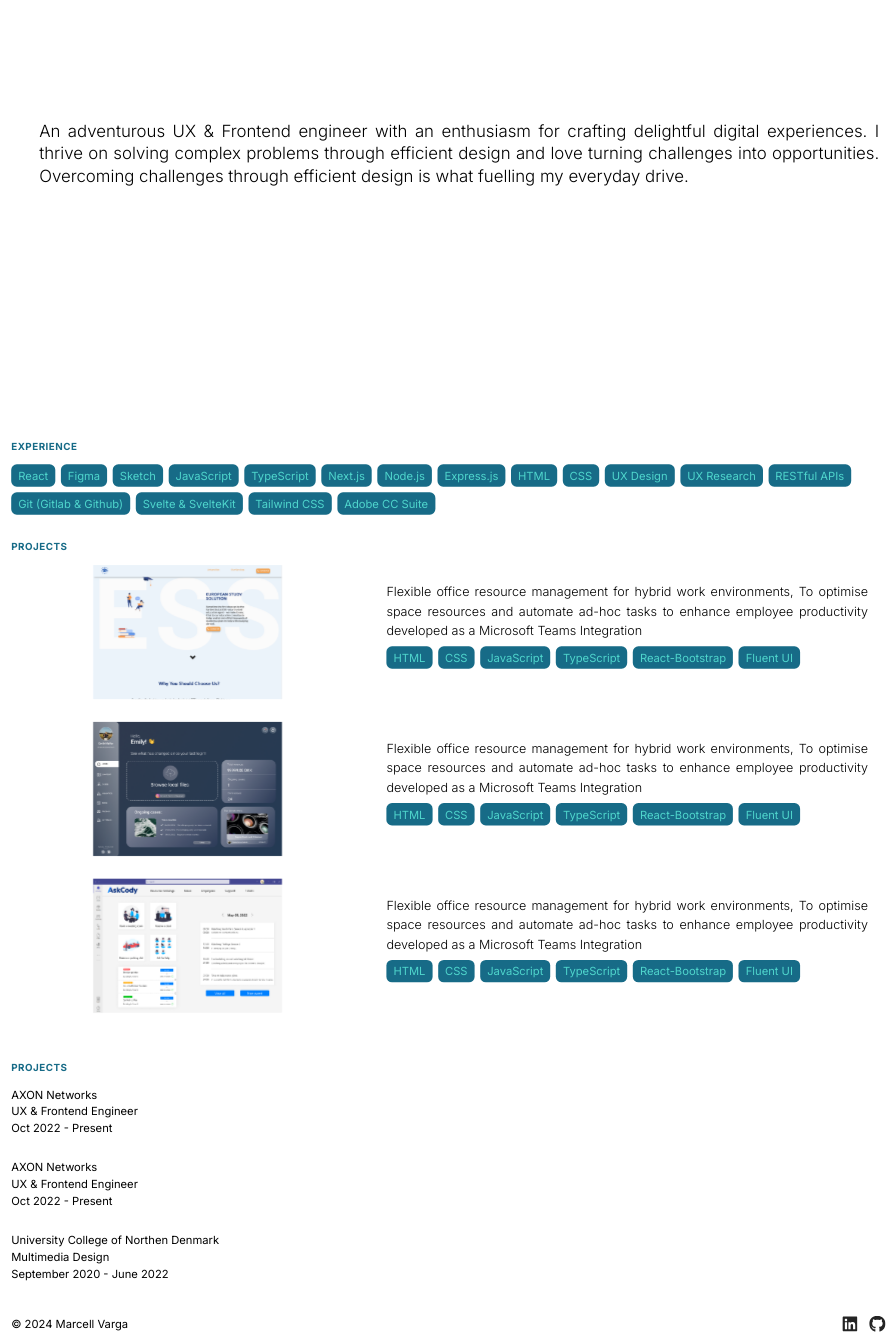
Repository: TheMarcellVarga/personal-portfolio-v.2
Page: /
An editor plug-in stored every save of this project. The page is shown before and after the next save, followed by the edit.
The browser window is 1280 px wide. The pictures show the part of the page from y = 945 to 2865 px (the page is 2865 px tall), at 70% of full size.
The project was rebuilt for these pictures with package versions that can differ from the ones it lists, and the page was loaded fresh each time. The framework's server and built-in components were replaced by stand-ins that run in the browser. Also part of the build but not shown: next.config.mjs.

Above is the page before, as saved 2024-04-25 23:26:12.

### app/layout.tsx
import type { Metadata } from "next";
import { Inter } from "next/font/google";
import "./globals.css";

const inter = Inter({ subsets: ["latin"] });

export const metadata: Metadata = {
  title: {
    template: "%s | Marcell Varga",
    default: "Marcell Varga",
  },
  description: "Marcell Varga Portfolio | UX & Frontend Engineer",
};
export default function RootLayout({
  children,
}: Readonly<{
  children: React.ReactNode;
}>) {
  return (
    <html lang="en">
      <body className={inter.className}>{children}</body>
    </html>
  );
}

### app/page.tsx
"use client";

import { useState } from "react";
import Link from "next/link";
import Image from "next/image";
import IndexSigAnimated from "../public/icons/indexSigAnimated";

// Header component
const Header = () => {
  const [isOpen, setIsOpen] = useState(false);

  return (
    <header className="flex justify-between items-center w-full">
      <div className="flex items-center">
        {/* Icon */}
        <Link href="/">
          <IndexSigAnimated />
        </Link>
      </div>
      <nav className="flex items-center">
        {/* Hamburger Menu */}
        <div
          className={`md:hidden z-2 ${isOpen ? "open" : ""}`}
          onClick={() => setIsOpen(!isOpen)}
        >
          <div className="w-6 h-0.5 bg-gray-800 mb-1"></div>
          <div className="w-6 h-0.5 bg-gray-800 mb-1"></div>
          <div className="w-6 h-0.5 bg-gray-800"></div>
        </div>
        {/* Navigation Links */}
        <div className={`nav-overlay ${isOpen ? "open" : ""}`}>
          <div className={`${isOpen ? "block" : "hidden"} md:flex space-x-4`}>
            <Link href="/about">
              <div
                className="text-sm font-medium"
                style={{ color: isOpen ? "#eeeeee" : "inherit" }}
              >
                About
              </div>
            </Link>
            <Link href="/work">
              <div
                className="text-sm font-medium"
                style={{ color: isOpen ? "#eeeeee" : "inherit" }}
              >
                Work
              </div>
            </Link>
            <Link href="/contact">
              <div
                className="text-sm font-medium"
                style={{ color: isOpen ? "#eeeeee" : "inherit" }}
              >
                Contact
              </div>
            </Link>
          </div>
        </div>
        <div className={`${isOpen ? "hidden" : "block"}`}>
          <div className={`${isOpen ? "block" : "hidden"} md:flex space-x-4`}>
            <Link href="/about">
              <div
                className="text-sm font-medium"
                style={{ color: isOpen ? "#eeeeee" : "inherit" }}
              >
                About
              </div>
            </Link>
            <Link href="/work">
              <div
                className="text-sm font-medium"
                style={{ color: isOpen ? "#eeeeee" : "inherit" }}
              >
                Work
              </div>
            </Link>
            <Link href="/contact">
              <div
                className="text-sm font-medium"
                style={{ color: isOpen ? "#eeeeee" : "inherit" }}
              >
                Contact
              </div>
            </Link>
          </div>
        </div>
      </nav>
    </header>
  );
};

// Footer component
const Footer = () => {
  return (
    <div className="flex w-full flex-row justify-between items-center">
      <div className="flex w-full">© 2024 Marcell Varga</div>
      <div className="flex space-x-4">
        <Image
          src="/icons/linkedin.svg"
          alt="Linkedin Icon"
          width={24}
          height={24}
        />
        <Image
          src="/icons/github.svg"
          alt="GitHub Icon"
          width={24}
          height={24}
        />
      </div>
    </div>
  );
};

const projects = [
  {
    title:
      "Flexible office resource management for hybrid work environments, To optimise space resources and automate ad-hoc tasks to enhance employee productivity developed as a Microsoft Teams Integration",
    description: "",
    skills: [
      "HTML",
      "CSS",
      "JavaScript",
      "TypeScript",
      "React-Bootstrap",
      "Fluent UI",
    ],
    link: "/ess", // Example link to the project details page
    image: "/images/ess-index.png", // Add the path to the image
  },
  {
    title:
      "Flexible office resource management for hybrid work environments, To optimise space resources and automate ad-hoc tasks to enhance employee productivity developed as a Microsoft Teams Integration",
    description: "",
    skills: [
      "HTML",
      "CSS",
      "JavaScript",
      "TypeScript",
      "React-Bootstrap",
      "Fluent UI",
    ],
    link: "/catchscan", // Example link to the project details page
    image: "/images/catchscan-index.png", // Add the path to the image
  },
  {
    title:
      "Flexible office resource management for hybrid work environments, To optimise space resources and automate ad-hoc tasks to enhance employee productivity developed as a Microsoft Teams Integration",
    description: "",
    skills: [
      "HTML",
      "CSS",
      "JavaScript",
      "TypeScript",
      "React-Bootstrap",
      "Fluent UI",
    ],
    link: "/askcody", // Example link to the project details page
    image: "/images/askcody-index.png", // Add the path to the image
  },
  // Add more projects here
];

const history = [
  {
    company: "AXON Networks",
    jobTitle: "UX & Frontend Engineer",
    time: {
      start: "Oct 2022",
      end: "",
    },
    description: [
      "Contributed to AXON Orchestrator development, focusing on UX/UI design and frontend development within cross-functional teams.",
      "Created interactive prototypes and established design system for in-house development.",
      "Collaborated with Analytics team to integrate AI/ML solutions into products, enhancing product functionality.",
      "Participated in the full product development cycle from UX/UI design, through Frontend Development to successful deployments.",
    ],
    skills: [
      "HTML",
      "CSS",
      "JavaScript",
      "TypeScript",
      "React-Bootstrap",
      "Fluent UI",
    ],
  },
  {
    company: "AXON Networks",
    jobTitle: "UX & Frontend Engineer",
    time: {
      start: "Oct 2022",
      end: "",
    },
    description: [
      "Contributed to AXON Orchestrator development, focusing on UX/UI design and frontend development within cross-functional teams.",
      "Created interactive prototypes and established design system for in-house development.",
      "Collaborated with Analytics team to integrate AI/ML solutions into products, enhancing product functionality.",
      "Participated in the full product development cycle from UX/UI design, through Frontend Development to successful deployments.",
    ],
    skills: [
      "HTML",
      "CSS",
      "JavaScript",
      "TypeScript",
      "React-Bootstrap",
      "Fluent UI",
    ],
  },
  {
    company: "University College of Northen Denmark",
    jobTitle: "Multimedia Design",
    time: {
      start: "September 2020",
      end: "June 2022",
    },
    description: [
      "UX/UI Design and Elective Specialization: Focused on enhancing UI/UX design skills through practical projects, aligning with the importance of a well-crafted website or app for user satisfaction.",
      "Front-End Web Development: Engaged in hands-on experience building applications, emphasizing the design to code process and the importance of creating visually appealing and easy-to-use interfaces.",
      "Content Production: Involved in creating content that not only meets user needs but also ensures a positive user experience, reflecting the ongoing process of UX design.",
      "Reflective Practice-based Learning: Throughout the study, executed projects in collaboration with real companies, applying UX/UI design principles to real-world challenges and enhancing the design to code process.",
    ],
    skills: [
      "HTML",
      "CSS",
      "JavaScript",
      "TypeScript",
      "React-Bootstrap",
      "Fluent UI",
    ],
  },
  // Add more projects here
];

export default function Page() {
  return (
    <div className="m-4">
      <Header />
      <main className="flex flex-col items-center justify-between h-screen m-4 gap-1 w-full">
        <div className="flex-grow pb-12 w-full flex flex-col items-center justify-center gap-">
          <div className="flex flex-row w-full text-7xl font-medium items-center justify-start">
            Hey, I'm&nbsp;
            <span className="text-custom-blue font-bold">Marcell Varga</span>
          </div>
          <div className="flex w-full text-4xl font-light items-center justify-start my-2">
            UX & Frontend engineer
          </div>
        </div>
        <div className="pb-32 flex flex-col items-center justify-start">
          <Image
            className="animate-moveDown"
            src="/icons/mouseScroll.svg"
            alt="Scroll your mouse down Icon"
            width={30}
            height={30}
          />
        </div>
      </main>
      {/* Drive Section */}
      <section className="flex flex-col items-center justify-between h-screen m-4 gap-1 w-full">
        <div className="flex w-full h-screen text-5xl font-medium items-center justify-start">
          <h2 className="text-2xl font-light text-justify m-6">
            An adventurous UX & Frontend engineer with an enthusiasm for
            crafting delightful digital experiences. I thrive on solving complex
            problems through efficient design and love turning challenges into
            opportunities. Overcoming challenges through efficient design is
            what fuelling my everyday drive.
          </h2>
        </div>
      </section>
      <section className="flex flex-col items-center justify-between my-4 gap-1 w-full">
        {/* New Experience Section */}
        <article className="mt-8 w-full">
          <h2 className="text-custom-blue text-sm font-bold mb-4 tracking-wider uppercase">
            Experience
          </h2>
          <div className="flex flex-wrap gap-2">
            {[
              "React",
              "Figma",
              "Sketch",
              "JavaScript",
              "TypeScript",
              "Next.js",
              "Node.js",
              "Express.js",
              "HTML",
              "CSS",
              "UX Design",
              "UX Research",
              "RESTful APIs",
              "Git (Gitlab & Github)",
              "Svelte & SvelteKit",
              "Tailwind CSS",
              "Adobe CC Suite",
            ].map((skill) => (
              <div
                key={skill}
                className="bg-custom-blue text-custom-teal px-2.5 py-1 rounded-lg"
              >
                {skill}
              </div>
            ))}
          </div>
        </article>
        <article className="my-8 w-full">
          <h2 className="text-custom-blue text-sm font-bold mb-4 tracking-wider uppercase">
            Projects
          </h2>
          <div className="flex flex-col gap-8">
            {projects.map((project) => (
              <div key={project.title} className="flex gap-2">
                <div className="w-full h-full relative rounded-lg overflow-hidden y-5">
                  <Link href={project.link} className="block h-48">
                    <Image
                      src={project.image} // Use the image path from the project object
                      alt={project.title} // Use the project title as the alt text
                      layout="fill" // Make the image fill its container
                      objectFit="contain" // Adjust the image's aspect ratio to cover the container
                    />
                  </Link>
                </div>
                <div className="flex flex-col m-6 gap-2">
                  <div className="text-lg font-light text-justify">
                    <div>{project.title}</div>
                    <div>{project.description}</div>
                  </div>
                  <div className="flex flex-wrap gap-2">
                    {project.skills.map((skill) => (
                      <div
                        key={skill}
                        className="bg-custom-blue text-custom-teal px-2.5 py-1 rounded-lg"
                      >
                        {skill}
                      </div>
                    ))}
                  </div>
                </div>
              </div>
            ))}
          </div>
        </article>
        <article className="my-8 w-full">
          <h2 className="text-custom-blue text-sm font-bold mb-4 tracking-wider uppercase">
            Projects
          </h2>
          <div className="flex flex-col gap-8">
            {history.map((item, index) => (
              <div key={index}>
                <h3>{item.company}</h3>
                <p>{item.jobTitle}</p>
                <p>
                  {item.time.start} -{" "}
                  {item.time.end ? item.time.end : "Present"}
                </p>
                {/* Render other properties as needed */}
              </div>
            ))}
          </div>
        </article>
      </section>
      <Footer />
    </div>
  );
}

### app/globals.css
@tailwind base;
@tailwind components;
@tailwind utilities;

/* :root {
  --foreground-rgb: 0, 0, 0;
  --background-start-rgb: 214, 219, 220;
  --background-end-rgb: 255, 255, 255;
}

@media (prefers-color-scheme: dark) {
  :root {
    --foreground-rgb: 255, 255, 255;
    --background-start-rgb: 0, 0, 0;
    --background-end-rgb: 0, 0, 0;
  }
}

body {
  color: rgb(var(--foreground-rgb));
  background: linear-gradient(
      to bottom,
      transparent,
      rgb(var(--background-end-rgb))
    )
    rgb(var(--background-start-rgb));
}

@layer utilities {
  .text-balance {
    text-wrap: balance;
  }
} */

@-webkit-keyframes animate-svg-stroke-1 {
  0% {
    stroke-dashoffset: 210.06117248535156px;
    stroke-dasharray: 210.06117248535156px;
  }

  100% {
    stroke-dashoffset: 420.1223449707031px;
    stroke-dasharray: 210.06117248535156px;
  }
}

@keyframes animate-svg-stroke-1 {
  0% {
    stroke-dashoffset: 210.06117248535156px;
    stroke-dasharray: 210.06117248535156px;
  }

  100% {
    stroke-dashoffset: 420.1223449707031px;
    stroke-dasharray: 210.06117248535156px;
  }
}

.svg-elem-1 {
  -webkit-animation: animate-svg-stroke-1 1s ease-in-out 1s both;
  animation: animate-svg-stroke-1 1s ease-in-out 1s both;
}

@-webkit-keyframes animate-svg-stroke-2 {
  0% {
    stroke-dashoffset: 798.271240234375px;
    stroke-dasharray: 798.271240234375px;
  }

  100% {
    stroke-dashoffset: 1596.54248046875px;
    stroke-dasharray: 798.271240234375px;
  }
}

@keyframes animate-svg-stroke-2 {
  0% {
    stroke-dashoffset: 798.271240234375px;
    stroke-dasharray: 798.271240234375px;
  }

  100% {
    stroke-dashoffset: 1596.54248046875px;
    stroke-dasharray: 798.271240234375px;
  }
}

.svg-elem-2 {
  -webkit-animation: animate-svg-stroke-2 1s ease-in-out 1.12s both;
  animation: animate-svg-stroke-2 1s ease-in-out 1.12s both;
}

@-webkit-keyframes animate-svg-stroke-3 {
  0% {
    stroke-dashoffset: 2px;
    stroke-dasharray: 2px;
  }

  100% {
    stroke-dashoffset: 4px;
    stroke-dasharray: 2px;
  }
}

@keyframes animate-svg-stroke-3 {
  0% {
    stroke-dashoffset: 2px;
    stroke-dasharray: 2px;
  }

  100% {
    stroke-dashoffset: 4px;
    stroke-dasharray: 2px;
  }
}

.svg-elem-3 {
  -webkit-animation: animate-svg-stroke-3 1s ease-in-out 1.24s both;
  animation: animate-svg-stroke-3 1s ease-in-out 1.24s both;
}

/* CSS for the overlay */
.nav-overlay {
  position: fixed;
  top: 0;
  right: 0;
  width: 80%; /* Adjust the width as needed */
  height: 100%;
  background-color: rgba(23, 107, 135, 1); /* Semi-transparent background */
  transform: translateX(100%); /* Hidden off-screen to the right */
  transition: transform 0.3s ease-out; /* Smooth transition */
  display: flex;
  flex-direction: column;
  justify-content: center;
  align-items: center;
  padding: 2rem;
  z-index: 2; /* Ensure it's above other content */
}

.nav-overlay.open {
  transform: translateX(0); /* Slide in from the right */
}

/* Hamburger menu with increased z-index when open */
.md\:hidden {
  cursor: pointer;
  z-index: 2; /* Default z-index */
}

.md\:hidden.open {
  z-index: 5; /* Increased z-index when open */
}

/* Hamburger menu lines */
.md\:hidden > div {
  transition: all 0.3s ease;
}

/* Top line of the hamburger menu */
.md\:hidden > div:nth-child(1) {
  transform-origin: center;
}

/* Middle line of the hamburger menu */
.md\:hidden > div:nth-child(2) {
  transform-origin: center;
}

/* Bottom line of the hamburger menu */
.md\:hidden > div:nth-child(3) {
  transform-origin: center;
}

/* Animation for the hamburger menu to become a cross */
.md\:hidden.open > div:nth-child(1) {
  transform: rotate(45deg);
}

.md\:hidden.open > div:nth-child(2) {
  opacity: 0;
}

.md\:hidden.open > div:nth-child(3) {
  transform: rotate(-45deg);
}

/* Hamburger menu with increased z-index when open */
.md\:hidden {
  cursor: pointer;
  z-index: 2; /* Default z-index */
}

.md\:hidden.open {
  z-index: 5; /* Increased z-index when open */
}

/* CSS for the close button */
.close-btn {
  position: absolute;
  top: 1rem;
  right: 1rem;
  background: none;
  border: none;
  font-size: 1.5rem;
  color: #fff;
  cursor: pointer;
}

@keyframes moveDown {
  0% {
    transform: translateY(0);
  }
  100% {
    transform: translateY(10px); /* Adjust the value as needed */
  }
}

.animate-moveDown {
  animation: moveDown 2s infinite alternate ease-in-out; /* Adjust the duration as needed */
}

### public/icons/indexSigAnimated.tsx
import React from 'react';

const IndexSigIcon: React.FC = () => {
 return (
    <svg className="svg-elem-1" width="85" height="37" viewBox="0 0 85 37" fill="none" xmlns="http://www.w3.org/2000/svg">
      <g clipPath="url(#clip0_18_152)">
        <path d="M0.396973 36.3291C0.396973 36.3291 1.80464 21.811 13.6633 7.89246" stroke="#053B50" strokeLinecap="round" strokeLinejoin="round"/>
        <path d="M84.6029 0.378418C83.4907 1.72562 28.5188 31.0478 28.5188 31.0478C34.2765 18.2493 39.5275 5.38881 37.4414 4.87415C37.3274 4.8523 37.2096 4.85749 37.0982 4.88928C31.574 6.017 19.8186 16.4677 17.715 17.2805C17.665 17.3015 17.6107 17.3113 17.5561 17.3093C16.4821 17.2881 15.8514 13.5856 15.4907 9.68776" stroke="#053B50" strokeLinecap="round" strokeLinejoin="round"/>
      </g>
      <defs>
        <clipPath id="clip0_18_152">
          <rect width="85" height="36.7076" fill="white"/>
        </clipPath>
      </defs>
    </svg>
 );
};

export default IndexSigIcon;

### tailwind.config.ts
import type { Config } from "tailwindcss";

const config: Config = {
  content: [
    "./pages/**/*.{js,ts,jsx,tsx,mdx}",
    "./components/**/*.{js,ts,jsx,tsx,mdx}",
    "./app/**/*.{js,ts,jsx,tsx,mdx}",
  ],
  theme: {
    extend: {
      backgroundImage: {
        "gradient-radial": "radial-gradient(var(--tw-gradient-stops))",
        "gradient-conic":
          "conic-gradient(from 180deg at 50% 50%, var(--tw-gradient-stops))",
      },
      colors: {
        "custom-blue": "#176B87",
        "custom-teal": "#4FD5CC",
      },
    },
  },
  plugins: [],
};

export default config;

After the next save:
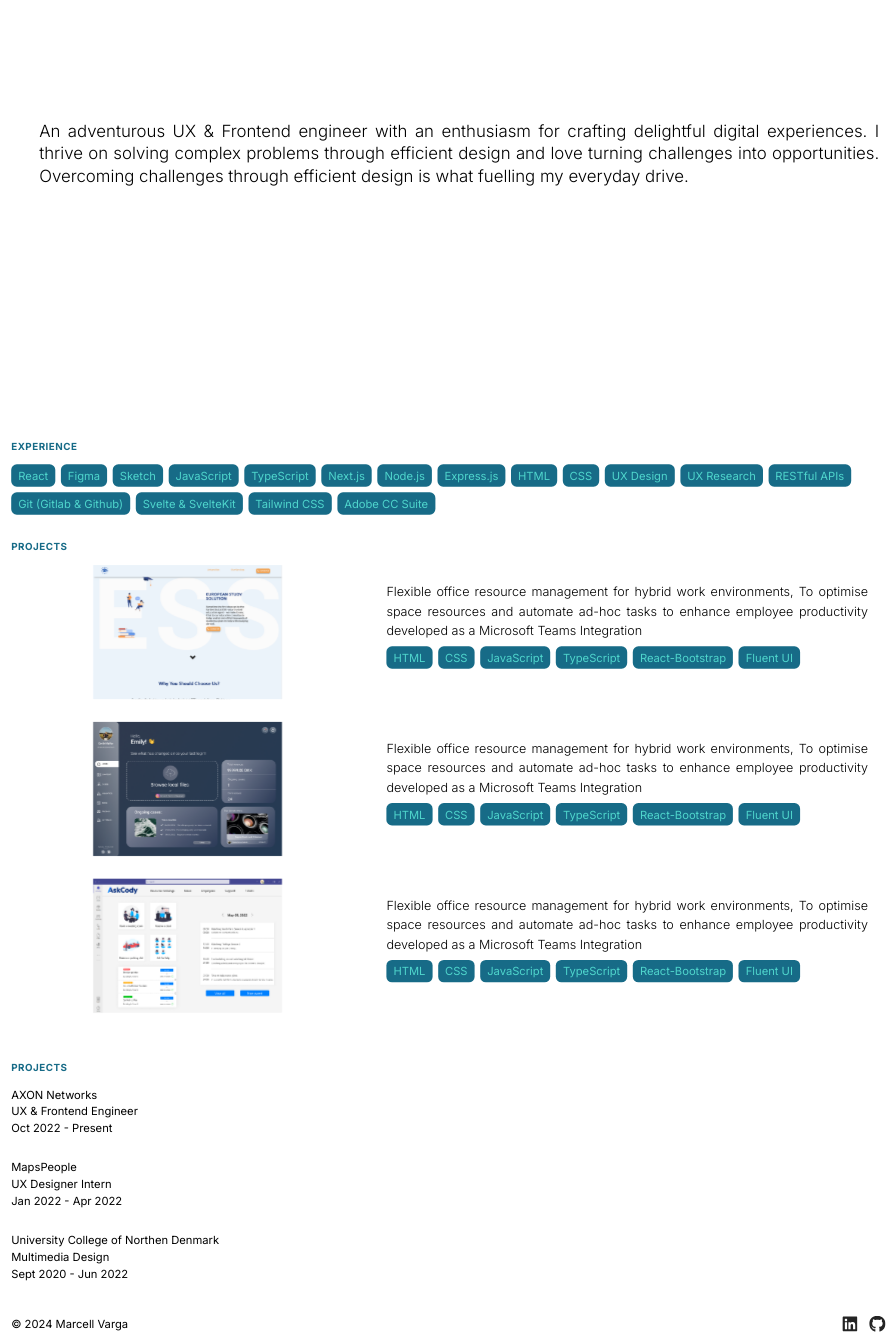
Saved 2 min 57 s later.
--- a/app/page.tsx
+++ b/app/page.tsx
@@ -185,16 +185,16 @@ const history = [
     ],
   },
   {
-    company: "AXON Networks",
-    jobTitle: "UX & Frontend Engineer",
+    company: "MapsPeople",
+    jobTitle: "UX Designer Intern",
     time: {
-      start: "Oct 2022",
-      end: "",
+      start: "Jan 2022",
+      end: "Apr 2022",
     },
     description: [
-      "Contributed to AXON Orchestrator development, focusing on UX/UI design and frontend development within cross-functional teams.",
-      "Created interactive prototypes and established design system for in-house development.",
-      "Collaborated with Analytics team to integrate AI/ML solutions into products, enhancing product functionality.",
+      "Enhanced Maps Indoors CMS through research and development of interactive, animated prototypes.",
+      "Executed tasks via Jira, including project management and documentation.",
+      "Leveraged the company Design System, contributing to its evolution",
       "Participated in the full product development cycle from UX/UI design, through Frontend Development to successful deployments.",
     ],
     skills: [
@@ -210,8 +210,8 @@ const history = [
     company: "University College of Northen Denmark",
     jobTitle: "Multimedia Design",
     time: {
-      start: "September 2020",
-      end: "June 2022",
+      start: "Sept 2020",
+      end: "Jun 2022",
     },
     description: [
       "UX/UI Design and Elective Specialization: Focused on enhancing UI/UX design skills through practical projects, aligning with the importance of a well-crafted website or app for user satisfaction.",
